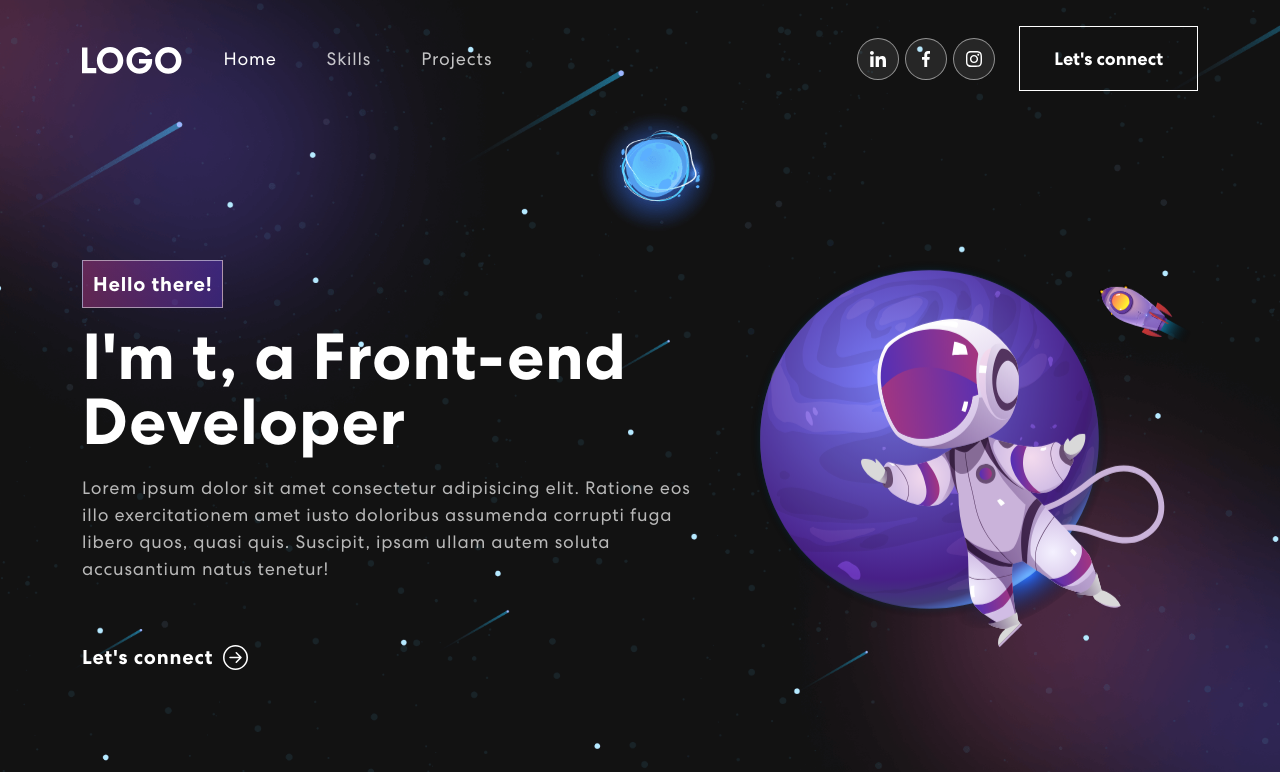
Repository: tynoschuck/personal-space-portfolio
Page: /
An editor plug-in stored every save of this project. The page is shown before and after the next save, followed by the edit.
The browser window is 1280 px wide. The pictures show the whole page.
The project was rebuilt for these pictures with package versions that can differ from the ones it lists, and the page was loaded fresh each time.

Above is the page before, as saved 2023-01-02 10:10:06.

### src/App.js
import logo from "./logo.svg";
import "./App.css";
import { NavBar } from "./components/NavBar";
import { Banner } from "./components/Banner";
import "bootstrap/dist/css/bootstrap.min.css";

function App() {
  return (
    <div className="App">
      <NavBar />
      <Banner />
    </div>
  );
}

export default App;

### src/App.css
@font-face {
  font-family: Centra;
  src: url('./assets/font/CentraNo2-Bold.ttf');
  font-weight: 700;
}
@font-face {
  font-family: Centra;
  src: url('./assets/font/CentraNo2-Book.ttf');
  font-weight: 400;
}
@font-face {
  font-family: Centra;
  src: url('./assets/font/CentraNo2-Medium.ttf');
  font-weight: 500;
}

* {
  margin: 0;
  padding: 0;
  box-sizing: border-box;
}
html {
  scroll-behavior: smooth;
  scroll-padding-top: 75px;
}
body {
  font-weight: 400;
  overflow-x: hidden;
  position: relative;
  background-color: #121212 !important;
  color: #fff !important;
  font-family: Centra, sans-serif !important;
}

h1, h2, h3, h4, h5, h6 {
  margin: 0;
  padding: 0;
  line-height: normal;
}

a:hover {
  text-decoration: none;
}

img {
  width: 100%;
  height: auto;
}

button {
  border: 0;
  background-color: transparent;
}

input:focus, textarea:focus, select:focus {
  outline: none;
}

@media (min-width:1700px) {
	main .container {
		max-width: 100%;
		padding: 0 150px;
	}
}

p.success {
	color: green;
}

p.danger {
	color: red;
}
/************ Navbar Css ************/
nav.navbar {
  padding: 18px 0;
  position: fixed;
  width: 100%;
  top: 0;
  z-index: 9999;
  transition:  0.32s ease-in-out;
}
nav.navbar.scrolled {
  padding: 0px 0;
  background-color: #121212;
}
nav.navbar a.navbar-brand {
    width: 9%;
}
nav.navbar .navbar-nav .nav-link.navbar-link {
  font-weight: 400;
  color: #fff !important;
  letter-spacing: 0.8px;
  padding: 0 25px;
  font-size: 18px;
  opacity: 0.75;
}
nav.navbar .navbar-nav a.nav-link.navbar-link:hover,
nav.navbar .navbar-nav a.nav-link.navbar-link.active {
    opacity: 1;
}
span.navbar-text {
    display: flex;
    align-items: center;
}
.social-icon {
    display: inline-block;
    margin-left: 14px;
}
.social-icon a {
    width: 42px;
    height: 42px;
    background: rgba(217, 217, 217, 0.1);
    display: inline-flex;
    border-radius: 50%;
    margin-right: 6px;
    align-items: center;
    justify-content: center;
    line-height: 1;
    border: 1px solid rgba(255, 255, 255, 0.5);
}
.social-icon a::before {
    content: "";
    width: 42px;
    height: 42px;
    position: absolute;
    background-color: #ffffff;
    border-radius: 50%;
    transform: scale(0);
	transition: 0.3s ease-in-out;
}
.social-icon a:hover::before {
    transform: scale(1);
}
.social-icon a img {
	width: 40%;
	z-index: 1;
	transition: 0.3s ease-in-out;
}
.social-icon a:hover img {
	filter: brightness(0) saturate(100%) invert(0%) sepia(7%) saturate(98%) hue-rotate(346deg) brightness(95%) contrast(86%);
}
.navbar-text button {
  font-weight: 700;
  color: #fff;
  border: 1px solid #fff;
  padding: 18px 34px;
  font-size: 18px;
  margin-left: 18px;
	position: relative;
	background-color: transparent;
	transition: 0.3s ease-in-out;
}
.navbar-text button span {
  z-index: 1;
}
.navbar-text button::before {
  content: "";
  width: 0%;
  height: 100%;
  position: absolute;
  background-color: #fff;
  left: 0;
  top: 0;
  z-index: -1;
  transition: 0.3s ease-in-out;
}
.navbar-text button:hover {
  color: #121212;
}
.navbar-text button:hover::before {
	content: "";
	width: 100%;
	height: 100%;
	position: absolute;
}
nav.navbar .navbar-toggler:active,
nav.navbar .navbar-toggler:focus {
	outline: none;
    box-shadow: none;
}
nav.navbar .navbar-toggler-icon {
  width: 24px;
  height: 17px;
  background-image: none;
  position: relative;
  border-bottom: 2px solid #fff;
  transition: all 300ms linear;
  top: -2px;
}
nav.navbar .navbar-toggler-icon:focus {
	border-bottom: 2px solid #fff;
}
nav.navbar .navbar-toggler-icon:after,
nav.navbar .navbar-toggler-icon:before {
	width: 24px;
	position: absolute;
	height: 2px;
	background-color: #fff;
	top: 0;
	left: 0;
	content: '';
	z-index: 2;
	transition: all 300ms linear;
}
nav.navbar .navbar-toggler-icon:after {
	top: 8px;
}
nav.navbar .navbar-toggler[aria-expanded="true"] .navbar-toggler-icon:after {
	transform: rotate(45deg);
	background-color: #fff;
	height: 2px;
}
nav.navbar .navbar-toggler[aria-expanded="true"] .navbar-toggler-icon:before {
	transform: translateY(8px) rotate(-45deg);
	background-color: #fff;
	height: 2px;
}
nav.navbar .navbar-toggler[aria-expanded="true"] .navbar-toggler-icon {
	border-color: transparent;
}

/************ Banner Css ************/
.banner {
  margin-top: 0;
  padding: 260px 0 100px 0;
  background-image: url('./assets/img/banner-bg.png');
  background-position: top center;
  background-size: cover;
  background-repeat: no-repeat;
}
.banner .tagline {
  font-weight: 700;
  letter-spacing: 0.8px;
  padding: 8px 10px;
  background: linear-gradient(90.21deg, rgba(170, 54, 124, 0.5) -5.91%, rgba(74, 47, 189, 0.5) 111.58%);
  border: 1px solid rgba(255, 255, 255, 0.5);
  font-size: 20px;
  margin-bottom: 16px;
  display: inline-block;
}
.banner h1 {
  font-size: 65px;
  font-weight: 700;
  letter-spacing: 0.8px;
  line-height: 1;
  margin-bottom: 20px;
  display: block;
}
.banner p {
  color: #B8B8B8;
  font-size: 18px;
  letter-spacing: 0.8px;
  line-height: 1.5em;
  width: 96%;
}
.banner button {
  color: #fff;
  font-weight: 700;
  font-size: 20px;
  margin-top: 60px;
  letter-spacing: 0.8px;
  display: flex;
  align-items: center;
}
.banner button svg {
  font-size: 25px;
  margin-left: 10px;
  transition: 0.3s ease-in-out;
  line-height: 1;
}
.banner button:hover svg {
  margin-left: 25px;
}
.banner img {
  animation: updown 3s linear infinite;
}
@keyframes updown {
    0% {
        transform: translateY(-20px);
    }
    50% {
        transform: translateY(20px);
    }
    100% {
        transform: translateY(-20px);
    }
}
.txt-rotate > .wrap {
  border-right: 0.08em solid #666;
}

### src/components/NavBar.js
import { useState, useEffect } from "react";
import { Navbar, Container, Nav } from "react-bootstrap";
import logo from "../assets/img/logo.svg";
import navIcon1 from "../assets/img/nav-icon1.svg";
import navIcon2 from "../assets/img/nav-icon2.svg";
import navIcon3 from "../assets/img/nav-icon3.svg";

export const NavBar = () => {
  const [activeLink, setActiveLink] = useState("home");
  const [scrolled, setScrolled] = useState(false);

  useEffect(() => {
    const onScroll = () => {
      if (window.scrollY > 50) {
        setScrolled(true);
      } else {
        setScrolled(false);
      }
    };
    window.addEventListener("scroll", onScroll);

    return () => window.removeEventListener("scroll", onScroll);
  }, []);

  const onUpdateActiveLink = (value) => {
    setActiveLink(value);
  };

  return (
    <Navbar expand="lg" className={scrolled ? "scrolled" : ""}>
      <Container>
        <Navbar.Brand href="#home">
          <img src={logo} alt="logo" />
        </Navbar.Brand>
        <Navbar.Toggle aria-controls="basic-navbar-nav">
          <span className="navbar-toggler-icon"></span>
        </Navbar.Toggle>
        <Navbar.Collapse id="basic-navbar-nav">
          <Nav className="me-auto">
            <Nav.Link
              href="#home"
              className={
                activeLink === "home" ? "active navbar-link" : "navbar-link"
              }
              onClick={() => onUpdateActiveLink("home")}
            >
              Home
            </Nav.Link>
            <Nav.Link
              href="#skills"
              className={
                activeLink === "skills" ? "active navbar-link" : "navbar-link"
              }
              onClick={() => onUpdateActiveLink("skills")}
            >
              Skills
            </Nav.Link>
            <Nav.Link
              href="#projects"
              className={
                activeLink === "projects" ? "active navbar-link" : "navbar-link"
              }
              onClick={() => onUpdateActiveLink("projects")}
            >
              Projects
            </Nav.Link>
          </Nav>
          <span className="navbar-text">
            <div className="social-icon">
              <a href="#">
                <img src={navIcon1} alt="" />
              </a>
              <a href="#">
                <img src={navIcon2} alt="" />
              </a>
              <a href="#">
                <img src={navIcon3} alt="" />
              </a>
            </div>
            <button className="vvd">
              <span>Let's connect</span>
            </button>
          </span>
        </Navbar.Collapse>
      </Container>
    </Navbar>
  );
};

### src/components/Banner.js
import { useState, useEffect } from "react";
import { Container, Row, Col } from "react-bootstrap";
import { ArrowRightCircle } from "react-bootstrap-icons";
import headerImg from "../assets/img/header-img.svg";

export const Banner = () => {
  const [loopNum, setLoopNum] = useState(0);
  const [isDeleting, setIsDeleting] = useState(false);
  const toRotate = ["Dado", "tynoschuck", "Davide"];
  const [text, setText] = useState("");
  const [delta, setDelta] = useState(300 - Math.random() * 100);
  const period = 2000;

  useEffect(() => {
    let ticker = setInterval(() => {
      tick();
    }, delta);

    return () => {
      clearInterval(ticker)};
  // eslint-disable-next-line react-hooks/exhaustive-deps
  }, [text])

  const tick = () => {
    let i = loopNum % toRotate.length;
    let fullText = toRotate[i];
    let updatedText = isDeleting
      ? fullText.substring(0, text.length - 1)
      : fullText.substring(0, text.length + 1);
    setText(updatedText);

    if (isDeleting) {
      setDelta((prevDelta) => prevDelta / 2);
    }
    if (!isDeleting && updatedText === fullText) {
      setIsDeleting(true);
      setDelta(period);
    } else if (isDeleting && updatedText === "") {
      setIsDeleting(false);
      setLoopNum(loopNum + 1);
      setDelta(500);
    }
  }

  return (
    <section className="banner" id="home">
      <Container>
        <Row className="align-items-center">
          <Col xs={12} md={6} xl={7}>
            <span className="tagline">Hello there!</span>
            <h1>
              <span className="wrap">I'm {text}, </span>
              {`a Front-end Developer`}
            </h1>
            <p>
              Lorem ipsum dolor sit amet consectetur adipisicing elit. Ratione
              eos illo exercitationem amet iusto doloribus assumenda corrupti
              fuga libero quos, quasi quis. Suscipit, ipsam ullam autem soluta
              accusantium natus tenetur!
            </p>
            <button>
              Let's connect <ArrowRightCircle size={25} />
            </button>
          </Col>
          <Col xs={12} md={6} xl={5}>
            <img src={headerImg} alt="header_img" />
          </Col>
        </Row>
      </Container>
    </section>
  );
};

Loaded but not shown: public/index.html (common file); src/index.js (common file); src/index.css (common file); src/reportWebVitals.js (common file)

After the next save:
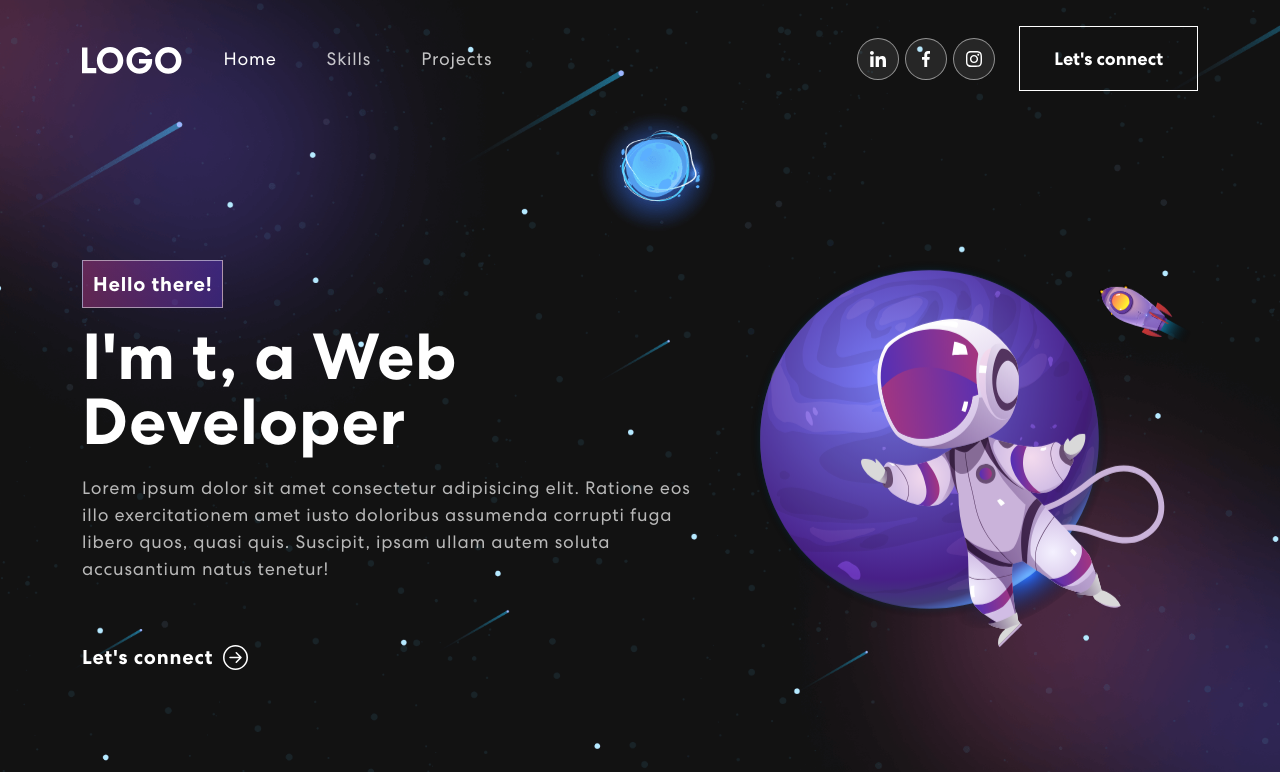
Saved 61 s later.
--- a/src/components/Banner.js
+++ b/src/components/Banner.js
@@ -50,7 +50,7 @@ export const Banner = () => {
             <span className="tagline">Hello there!</span>
             <h1>
               <span className="wrap">I'm {text}, </span>
-              {`a Front-end Developer`}
+              {`a Web Developer`}
             </h1>
             <p>
               Lorem ipsum dolor sit amet consectetur adipisicing elit. Ratione
